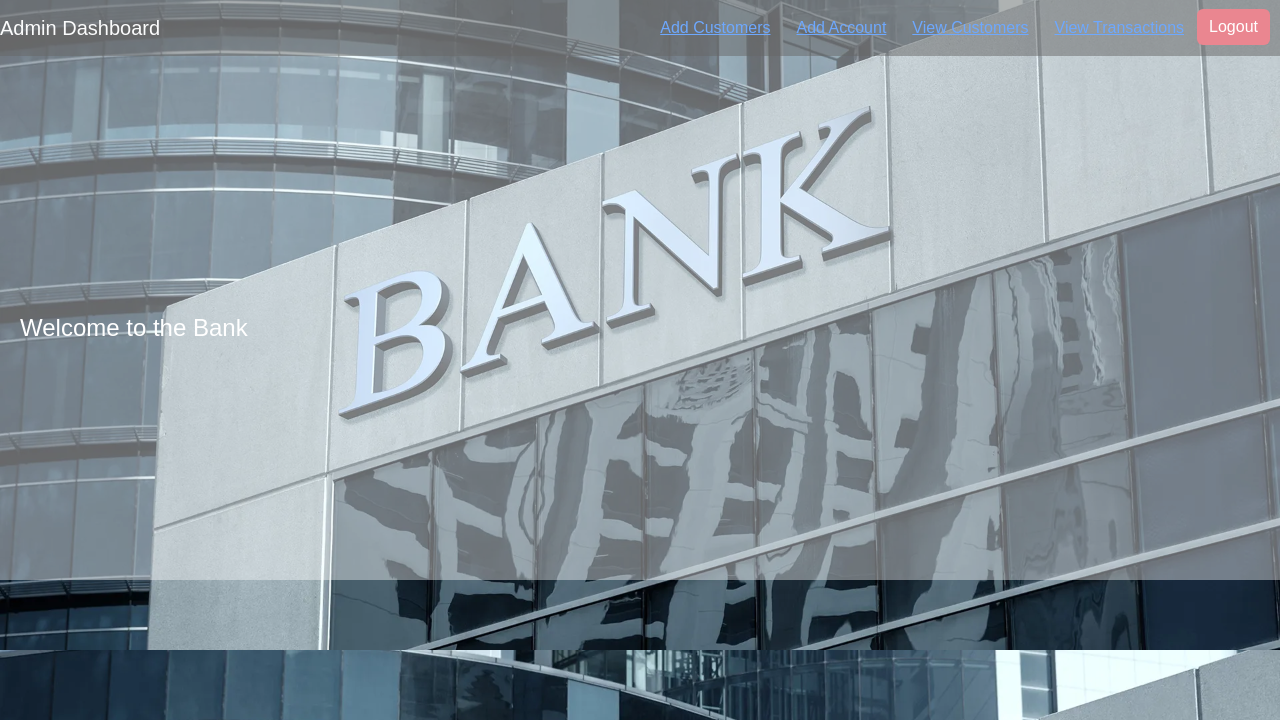
Repository: prathamsuhasia/swabhav-mini-project
Page: http://localhost/01-mini-project/Admin.jsp
An editor plug-in stored every save of this project. The page is shown before and after the next save, followed by the edit.
The browser window is 1280 px wide. The pictures show the whole page.
The page is served by Tomcat 9. The session is filled in as if someone had signed in: {"username": "testuser", "admin": "admin"}.

Above is the page before, as saved 2024-08-15 16:09:26.

After the next save:
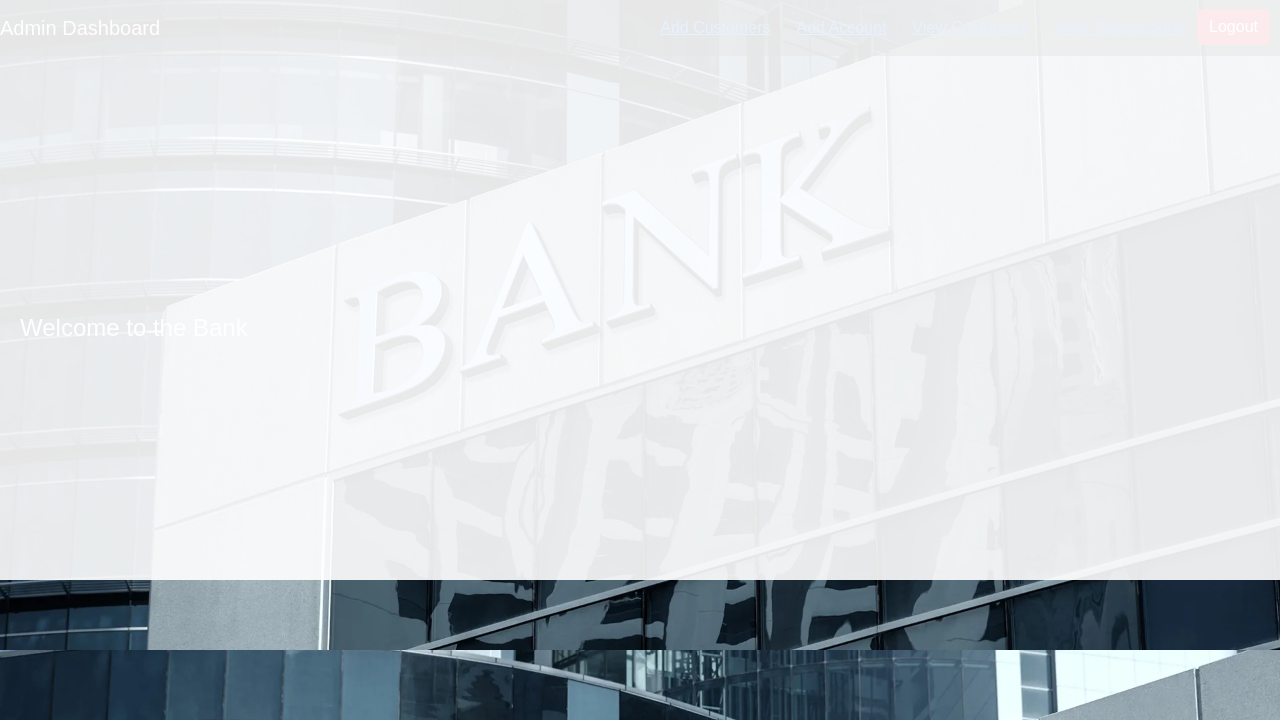
Saved 24 s later.
--- a/01-mini-project/WebContent/Admin.jsp
+++ b/01-mini-project/WebContent/Admin.jsp
@@ -83,7 +83,7 @@ body::before {
 	left: 0;
 	width: 100%;
 	height: 100%;
-	background-color: rgba(255, 255, 255, 0.4);
+	background-color: rgba(255, 255, 255, 0.9);
 	/* Adjust opacity to make it lighter or darker */
 	z-index: 1;
 }
